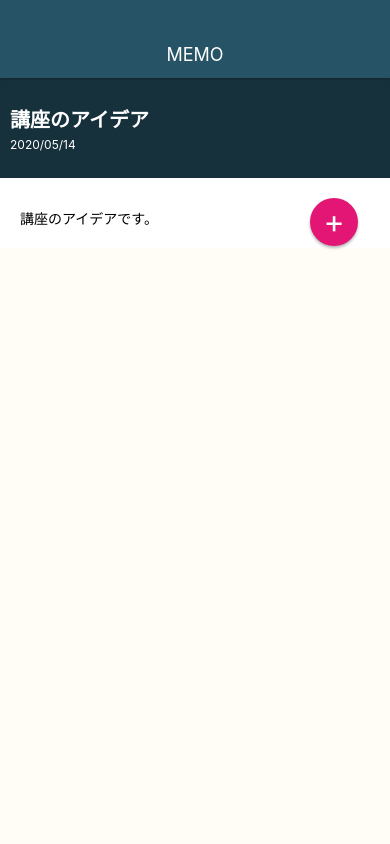
Repository: NagataRyuji0630/memo_app_for_reactNative
Page: /
An editor plug-in stored every save of this project. The page is shown before and after the next save, followed by the edit.
The browser window is 390 px wide. The pictures show the whole page.
The app was drawn by React Native's web renderer in a window 390 px wide. The project was rebuilt for these pictures with package versions that can differ from the ones it lists, and the page was loaded fresh each time. Also part of the build but not shown: src/components/MemoList.jsx, src/screens/MemoListScreen.jsx.

Above is the page before, as saved 2020-05-14 10:15:13.

### App.js
import React from 'react';
import { StyleSheet, View } from 'react-native';
import AppBar from './src/components/AppBar';
import MemoListScreen from './src/screens/MemoListScreen'
import MemoDtailScreen from './src/screens/MemoDetailScreen';


export default class App extends React.Component {
  render() {
    return (
      <View style={styles.container}>
        <AppBar />
        <MemoDtailScreen />
      </View>
    );
  }
}

const styles = StyleSheet.create({
  container: {
    flex: 1,
    backgroundColor: '#FFFDF6',
    alignItems: 'center',
    justifyContent: 'center',
    paddingTop: 78,
  },
});

### src/components/AppBar.jsx
import React from 'react';
import { Component } from 'react';
import { StyleSheet, View, Text } from 'react-native';

const styles = StyleSheet.create({
    appbar: {
        position: 'absolute',
        top: 0,
        left: 0,
        right: 0,
        height: 78,
        paddingTop: 30,
        backgroundColor: '#265366',
        justifyContent: 'center',
        alignItems: 'center',
        shadowColor: '#000',
        shadowOffset: { width: 0, height: 0 },
        shadowOpacity: 0.5,
        shadowRadius: 3,
        zIndex: 10,
    },
    appbarTitle: {
        color: '#fff',
        fontSize: 18,
    },
});

class AppBar extends Component {
    render() {
        return (
            <View style={styles.appbar}>
                <View>
                    <Text style={styles.appbarTitle}>MEMO</Text>
                </View>
            </View>
        );
    }
}

export default AppBar;

### src/screens/MemoDetailScreen.jsx
import React from 'react';
import { Component } from 'react';
import { StyleSheet, View, Text } from 'react-native';
import CircleBtn from '../elements/CircleBtn';

const styles = StyleSheet.create({
    containar: {
        flex: 1,
        width: '100%',
    },
    memoHeader: {
        height: 100,
        paddingLeft: 10,
        backgroundColor: '#17313C',
        justifyContent: 'center',
    },
    memoHeaderTitle: {
        fontSize: 20,
        fontWeight: 'bold',
        color: 'white',
        marginBottom: 4
    },
    memoHeaderDate: {
        fontSize: 12,
        color: 'white',
    },
    memoContent: {
        paddingTop: 30,
        paddingLeft: 20,
        paddingRight: 20,
        paddingBottom: 20,
        backgroundColor: 'white',
    },
    editBtn: {
        top: 120,
    }
});

class MemoDetailScreen extends Component {
    render() {
        return (
            <View style={styles.containar}>
                <View style={styles.memoHeader}>
                    <View>
                        <Text style={styles.memoHeaderTitle}>講座のアイデア</Text>
                        <Text style={styles.memoHeaderDate}>2020/05/14</Text>
                    </View>
                </View>

                <View style={styles.memoContent}>
                    <Text>講座のアイデアです。</Text>
                </View>

                <CircleBtn style={styles.editBtn}>+</CircleBtn>
            </View>
        );
    }
}

export default MemoDetailScreen;

### src/elements/CircleBtn.jsx
import React from 'react';
import { Component } from 'react';
import { StyleSheet, View, Text } from 'react-native';

const styles = StyleSheet.create({
    circleBtn: {
        position: 'absolute',
        bottom: 32,
        right: 32,
        width: 48,
        height: 48,
        backgroundColor: '#E31675',
        borderRadius: 24,
        justifyContent: 'center',
        alignItems: 'center',
        shadowColor: '#000',
        shadowOffset: { width: 0, height: 2 },
        shadowOpacity: 0.3,
        shadowRadius: 3,
    },
    circleBtnTitle: {
        fontSize: 32,
        lineHeight: 32,
        color: 'white',
    }
});

class CircleBtn extends Component {
    render() {
        const { style } = this.props;

        return (
            <View style={[styles.circleBtn, style]}>
                <Text style={styles.circleBtnTitle}>{this.props.children}</Text>
            </View>
        );
    }
}

export default CircleBtn;

After the next save:
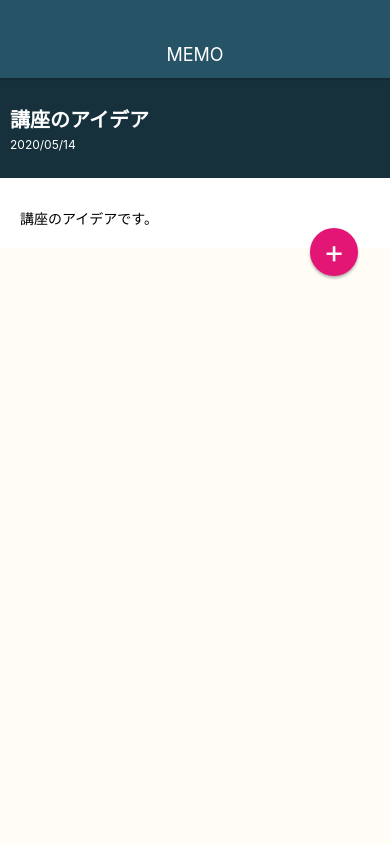
Saved 88 s later.
--- a/src/screens/MemoDetailScreen.jsx
+++ b/src/screens/MemoDetailScreen.jsx
@@ -32,7 +32,7 @@ const styles = StyleSheet.create({
         backgroundColor: 'white',
     },
     editBtn: {
-        top: 120,
+        top: 150,
     }
 });
 
